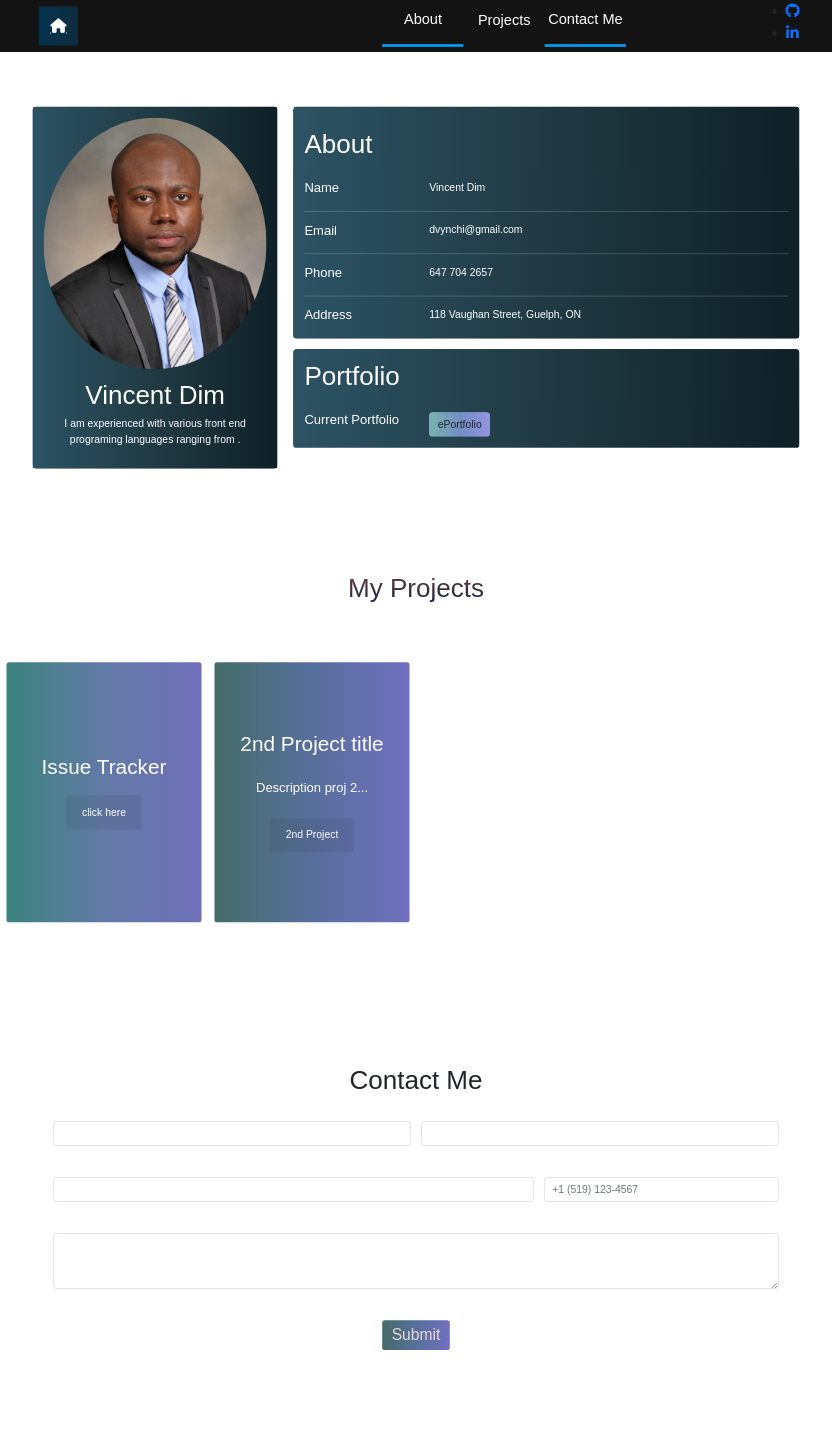
Repository: dvynchi/profile-2022
Page: index.html
An editor plug-in stored every save of this project. The page is shown before and after the next save, followed by the edit.
The browser window is 1280 px wide. The pictures show the whole page, at 65% of full size.
Some web libraries are served in a nearby version.

Above is the page before, as saved 2022-08-22 22:14:48.

### index.html
<!DOCTYPE html>
<html lang="en">
<head>
    <meta charset="UTF-8">
    <meta http-equiv="X-UA-Compatible" content="IE=edge">
    <meta name="viewport" content="width=device-width, initial-scale=1.0">
    <title>Vincent Dim</title>
    <!-- embed remote icon library -->
    <script src="https://kit.fontawesome.com/f634dfbd28.js" crossorigin="anonymous"></script>
    <link rel="stylesheet" href="styles.css">
    <!-- embed remote style sheet - bootstrap -->
    <link rel="stylesheet" href="https://cdn.jsdelivr.net/npm/bootstrap@5.2.0/dist/css/bootstrap.min.css" rel="stylesheet" integrity="sha384-gH2yIJqKdNHPEq0n4Mqa/HGKIhSkIHeL5AyhkYV8i59U5AR6csBvApHHNl/vI1Bx" crossorigin="anonymous">
</head>

<body>

    <!-- Navbar Section -->

    <nav class="nav">
        <div class="navbar_container">
            <a href="#about" id="navbar_logo"><i class="fa fa-home fa" aria-hidden="true"></i></a>  <!--<a> is used to create hyperlink named color-->

                <!--create hamburger menu (3 bars)-->
            <div class="navbar_toggle" id="mobile-menu">
                <span class="bar"></span>
                <span class="bar"></span>
                <span class="bar"></span>
            </div>

            <!--CREATE NAV MENU-->
            <ul class="navbar_menu">
                <li class="navbar_item">
                    <a href="#about" class="navbar_links" id="about-page">About</a>
                </li>
                <li class="navbar_item">
                    <a href="#projects" class="navbar_links" id="projects-page">Projects</a>
                </li>
                <li class="navbar_item">
                    <a href="#contact" class="navbar_links" id="contact-page">Contact Me</a>
                </li>
            </ul>

            <!-- GitHub and Linkedin -->
            <ul class="icons">
                <li><a href="https://github.com/dvynchi/" class="github-icon"><span class="fa-brands fa-github"></span></a></li>
                <li><a href="#" class="linkedin-icon"><span class="fa-brands fa-linkedin-in"></span></a></li>
            </ul>
        </div>
    </nav>

    <!-- ABOUT and SIDEBAR -->
    <div class="main" id="about">
        <div class="main_container">
             <!-- SIDE BAR SECTION -->
             <div class="row">
                <div class="col-md-4 mt-1">
                    <div class="card text-center sidebar">
                        <div class="card-body">
                            <img src="./images/profile-pic-crop.png" class="rounded-circle" width="315" alt="profile picture">
                            <div class="mt-3">
                                <h3>Vincent Dim</h3>
                                <!-- <h2>Web Developer</h2> -->
                                <p>I am experienced with various front end programing languages ranging from .</p>
                            </div>
                        </div>
                    </div>
                </div>
                <!-- ABOUT SECTION -->
                <div class="col-md-8 mt-1">
                    <div class="card mb-3 content">
                        <h1 class="m-3 pt-3">About</h1>
                        <div class="card-body">
                            <div class="row">
                                <div class="col-md-3"><h5>Name</h5></div>
                                <div class="col-md-9"> Vincent Dim </div>
                            </div>
                            <hr> <!-- line break -->

                            <div class="row">
                                <div class="col-md-3"><h5>Email</h5></div>
                                <div class="col-md-9"> dvynchi@gmail.com</div>
                            </div>
                            <hr> <!-- line break -->

                            <div class="row">
                                <div class="col-md-3"><h5>Phone</h5></div>
                                <div class="col-md-9">647 704 2657</div>
                            </div>
                            <hr> <!-- line break -->

                            <div class="row">
                                <div class="col-md-3"><h5>Address</h5></div>
                                <div class="col-md-9">118 Vaughan Street, Guelph, ON</div>
                            </div>
                        </div>
                    </div>

                    <div class="card mb-3 content">
                        <h1 class="m-3">Portfolio</h1>
                        <div class="card-body">
                            <div class="row">
                                <div class="col-md-3">
                                    <h5>Current Portfolio</h5>
                                </div>
                                <div class="col-md-9">
                                    <a class="btn" href="https://drive.google.com/file/d/1lG7DyS50_LphFxIRxCRd57uQMBSZkR4-/view?usp=sharing" role="button">ePortfolio</a>
                                    <!-- <button class="submit" id="btn btn-primary" href="https://drive.google.com/file/d/1lG7DyS50_LphFxIRxCRd57uQMBSZkR4-/view?usp=sharing"><a>ePortfolio</a></button> -->
                                </div>
                            </div>
                        </div>
                    </div>
                </div>
            </div>
        </div>
    </div>


    <!-- PROJECTS SECTION (use image tag in place of p to insert an image)-->

    <div class="projects" id="projects">
        <h1>My Projects</h1>
        <div class="projects_wrapper">

            <div class="projects_card">
                <h2>Issue Tracker</h2>
                <!-- <p>Description proj 1...</p> -->
                <div class="projects_btn"><button onclick="location.href='https://dvynchi.github.io/issue-tracker/'" type="button">click here</button></div>
            </div>
            <!-- ------------------------- -->
            <div class="projects_card">
                <h2>2nd Project title</h2>
                <p>Description proj 2...</p>
                <div class="projects_btn"><button>2nd Project</button></div>
            </div>
            <!-- ------------------------- -->
            <!-- <div class="projects_card">
                <h2>3rd Project title</h2>
                <p>Description proj 3...</p>
                <div class="projects_btn"><button>3rd Project</button></div>
            </div> -->
            <!-- ------------------------- -->
            <!-- <div class="projects_card">
                <h2>4th Project title</h2>
                <p>Description proj 4...</p>
                <div class="projects_btn"><button>4th Project</button></div>
            </div> -->
        </div>
    </div>

    <!-- CONTACT SECTION (use image tag in place of p to insert an image)-->

    <div class="main" id="contact">
        <div class="main_container">
            <div class="main_content">
                <div class="container mt-5">
                    <h1>Contact Me</h1>
                    <!-- ----------- start grid (divide one row into cols) ----------->
                    <!-- ----------- Max container width is 12 ----------->
                    <!-- ----------- cols 1 + 2 = 100% , cols 3 + 4 = 100% ------->
                    <!-- ----------- 'required' ensures field must be filled --------->
                    <form class="row g-3" action="https://formsubmit.co/dvynchi@gmail.com" method="POST">

                        <!-- Honeypot -->
                        <input type="text" name="_honey" style="display: none">
                        <!-- Success Page -->
                        <input type="hidden" name="_next" value="https://dvynchi.github.io/profile-2022/success.html">

                        <!-----------col1--medium column of 50% (ie: 6/12)--------->
                        <div class="col-md-6">
                            <label for="firstName" class="form-label">First Name</label>
                            <input type="text" class="form-control"  name="name" id="firstName" required>
                        </div>

                        <div class="col-md-6">
                            <label for="lastName" class="form-label">Last Name</label>
                            <input type="text" class="form-control" name="Last Name" id="lastName" required>
                        </div>

                        <div class="col-md-8">
                            <label for="emailInfo" class="form-label">Email</label>
                            <input type="email" class="form-control" name="email" id="emailInfo" required>
                        </div>

                        <div class="col-md-4">
                            <label for="phoneNumber" class="form-label">Phone</label>
                            <input type="text" class="form-control" name="phone" id="phoneNumber" placeholder="+1 (519) 123-4567">
                        </div>
                        <!-- -------- comments box - full width of the container ------>
                        <div class="col-md-12">
                            <label for="message" class="form-label">Message</label>
                            <textarea class="form-control" id="message" name="message" rows="3" required></textarea>
                        </div>
                        <!-- -------- Button ------>
                        <div class="col-md-12">
                            <!-- <button class="submit" id="btn btn-primary">Submit</button> -->
                            <!-- Used <a> so hover effect doesn't cover text. -->
                            <button class="submit" id="btn btn-primary"><a> Submit</a></button>
                        </div>

                    </form>
                </div>
            </div>
        </div>
    </div>


    <!-- link app.js -->
    <!-- script tag is used to embed javascript-->
    <script src="app.js"></script>
</body>
</html>

### styles.css
* {
    box-sizing: border-box;
    margin: 0;
    padding: 0;
    font-family: 'Kumbh Sans', sans-serif;
    scroll-behavior: smooth;
}


/******************************************* NAV SECTION ***********************************************/
.nav {
    background: #131313;   /* Hex code */
    height: 80px;
    display: flex;
    justify-content: center;
    align-items: center;
    font-size: 1.4rem;        /* 1.4 * 16px */
    position: sticky;
    top: 0;
    z-index: 999;             /* so navbar is always on top when scrolling */
}

.navbar_container {
    display: flex;
    justify-content: space-between;
    text-align: center;
    height: 80px;
    z-index: 1;
    width: 100%;
    max-width: 1300px;
    margin: 0 auto ;           /* (top and bottom) (left and right) */
    padding: 0 50px;
}


/* id(#) is used to style only one element on the webpage */
/* class(.) is used to style multiple elements */


/* I added an icon as opposed to text */

#navbar_logo {
    margin: 10px;
    height: 60px;
    width: 60px;
    border-radius: 2px;
    display: flex;
    flex-direction: column;
    justify-content: center;
    color: #fff;
    background-image: linear-gradient(to right, #03324e 0%, #0e2d3e 100%);
}

.navbar_menu {
    display: flex;
    align-items: center;
    list-style: none;
}

.navbar_item {
    height: 80px;
}

.navbar_links {
    color: #fff;
    display: flex;
    align-items: center;
    justify-content: center;
    width: 125px;
    text-decoration: none;
    height: 100%;
    transition: all 0.3s ease;
}

/*Home icon properties*/
.navbar_btn {
    display: flex;
    justify-content: center;
    align-items: center;
    padding: 0 1rem;                         /* top bottom, left right */
    width: 100%;
}

/* nav links glow upon hover */
.navbar_links:hover {
    color:#1176b9;
    transition: all 0.3s ease;
}

/* RESPONSIVENESS */
/* site adjusts width of display */
/* If [device width] is less than or equal to max-width do {..} */

@media screen and (max-width: 960px) {
    .navbar_container {
        display: flex;
        justify-content: space-between;
        height: 80px;
        z-index: 1;
        width: 100%;
        max-width: 1300px;
        padding: 0;
    }

    /* DROPDOWN PROPERTIES */
    .navbar_menu {
        display: grid;
        grid-template-columns: auto;
        margin: 0;
        width: 100%;
        position: absolute;
        top: -1000px;               /* Prevents navbar from clustering together if page is below max-width. Must be used with position absolute */
        opacity: 1;
        transition: all 0.5s ease;
        z-index: -1;
    }

    .navbar_menu.active {
        background: #131313;
        top: 100%;
        opacity: 1;
        transition: all 0.5s ease;
        z-index: 99;
        height: 40vh;
        font-size: 1.6rem;
    }

    #navbar_logo {
        padding-left: 1px;       /* home button - originally 25px */
    }

    /* HAMBURGER SECTION */

    .navbar_toggle .bar {
        width: 25px;
        height: 3px;
        margin: 5px auto;
        transition: all 0.3s ease-in-out;
        background: #fff;
    }

    .navbar_item {
        width: 100%;
    }

    .navbar_links {
        text-align: center;
        padding: 2rem;
        width: 100%;
        display: table;
    }

    .navbar_btn  {
        padding-bottom: 2rem;
    }

    /* HAMBURGER */

    #mobile-menu  {
        position: absolute;
        top: 20%;
        right: 5%;
        transform: translate(5%, 20%);
    }

    .navbar_toggle .bar {
        display: block;
        cursor: pointer;
    }

    /* hamburger menu animation (see app.js) */
    /* hamburger menu id was defined as 'mobile-menu' in index.html */
    /* rotate bars 1,3; but hide bar 2 */

    #mobile-menu.is-active .bar:nth-child(2)  {
        opacity: 0;
    }
    #mobile-menu.is-active .bar:nth-child(1) {
        transform: translateY(8px) rotate(45deg);
    }
    #mobile-menu.is-active .bar:nth-child(3) {
        transform: translateY(-8px) rotate(-45deg);
    }

}


/* SCROLL ATTRIBUTE - line under nav links*/
.highlight {
    border-bottom: 4px solid rgb(0, 162, 255);
}


/******************************************* SIDEBAR ***********************************************/

.card-body {
    background: #0F2027;
    background: -webkit-linear-gradient(to right, #2C5364, #203A43, #0F2027);
    background: linear-gradient(to right, #2C5364, #203A43, #0F2027);
    height: 100%;
}

.card-body h2, .card-body h3, .card-body p {
    color: #fff;
}

/******************************************* ABOUT SECTION ***********************************************/

.main {
    background-color:  white;
    padding: 5rem 0;                        /* was 10rem, but too much space */
}

.main_container {
    display: grid;
    grid-template-columns: 1fr;      /*original was 1fr 1fr - split into two halves but not enough space */
    align-items: center;
    justify-content: center;
    margin: 0 auto;
    height: 90%;
    z-index: 1;
    width: 100%;
    max-width: 1300px;
    padding: 0 50px;
}

.main_container h3 {
    font-size: 2.5rem;
}

.row {
    color: #fff;
}

.card {
    background: -webkit-linear-gradient(to right, #2C5364, #203A43, #0F2027);
    background: linear-gradient(to right, #2C5364, #203A43, #0F2027);
}


/* Mobile Responsiveness for Sidebar, About and Contact Sections */

@media screen and (max-width: 1300px) {
    main_container
    {
        display: grid;
        grid-template-columns: 1fr;
        align-items: center;
        justify-content: center;
        width: 100%;
        margin: 0 auto;
        height: 90%;
    }

    .main_content  {
        text-align: center;
        margin-bottom: 4rem;
    }

    .main_content h1  {
        font-size: 2.5rem;
        margin-top: 2rem;
    }

    .main_content h2  {
        font-size: 2.5rem;
    }

    .main_content p  {
        font-size: 1rem;
        margin-top: 1.5rem;
    }

    .row img {                                       /* center image with screen change */
        display: grid;
        grid-template-columns: 1fr;
        align-items: center;
        justify-content: center;
        width: 100%;
        margin: 0 auto;
        height: 90%;

    }
}


/******************************************* PROJECTS SECTION ***********************************************/

.projects {
    background: white;
    display: flex;
    flex-direction: column;
    justify-content: center;
    align-items: center;
    height: 100%;
    padding: 5rem 0;                                 /* was 10rem, but too much space */
  }

.projects h1 {
    background-color: #6325a1;
    background-image: linear-gradient(to top, #10234c 0%, #724030 100%);
    background-size: 100%;
    -webkit-background-clip: text;
    -moz-background-clip: text;
    -webkit-text-fill-color: transparent;
    -moz-text-fill-color: transparent;
    margin-bottom: 5rem;
    font-size: 2.5rem;
}

.projects_wrapper {
    display: grid;
    grid-template-columns: 1fr 1fr;     /* add more per new project */
    grid-template-rows: 1fr;
}

/* Add color to each project card */

.projects_card {
    margin: 10px;
    height: 400px;
    width: 300px;
    border-radius: 4px;
    display: flex;
    flex-direction: column;
    justify-content: center;
    color: #fff;
    background-image: linear-gradient(to right,#3b837e, #627aa6, #6f6fb9);
    transition: 0.3s ease-in;
}

.projects_card:nth-child(2) {
    background: #7F7FD5;  /* fallback for old browsers */
    background: -webkit-linear-gradient(to right, #3b837e, #627aa6, #6f6fb9);
    background: linear-gradient(to right, #456c69, #576f9c, #7070bf);
}

.projects_card:nth-child(3) {
    background: #7F7FD5;  /* fallback for old browsers */
    background: -webkit-linear-gradient(to right, #3b837e, #627aa6, #6f6fb9);
    background: linear-gradient(to right, #456c69, #576f9c, #7070bf);
}

.projects_card:nth-child(4) {
    background: #7F7FD5;
    background: -webkit-linear-gradient(to right, #3b837e, #627aa6, #6f6fb9);
    background: linear-gradient(to right, #456c69, #576f9c, #7070bf);
}

.projects_card:nth-child(5) {
    background: #7F7FD5;
    background: -webkit-linear-gradient(to right, #3b837e, #627aa6, #6f6fb9);
    background: linear-gradient(to right, #456c69, #576f9c, #7070bf);
}

.projects_card:nth-child(6) {
    background: #7F7FD5;
    background: -webkit-linear-gradient(to right, #3b837e, #627aa6, #6f6fb9);
    background: linear-gradient(to right, #456c69, #576f9c, #7070bf);
}

.projects_card h2 {
    text-align: center;
}

.projects_card h3 {
    text-align: center;
}

.projects_card p {
    text-align: center;
    margin-top: 24px;
    font-size: 20px;
}

.projects_btn {
    display: flex;
    justify-content: center;
    margin-top: 16px;
}

/* button properties and animation. The entire card is the button */

.projects_card button {
    color: #fff;
    padding: 14px 24px;
    border: none;
    outline: none;
    border-radius: 4px;
    background: #13131313;
    font-size: 1rem;
}

.projects_card button:hover {
    cursor: pointer;
}

.projects_card:hover {
    transform: scale(1.075);
    transition: 0.3s ease-in;
    cursor: pointer;
}

/* split cards into grid at specified browser width */

@media screen and (max-width: 1300px) {
    .projects_wrapper {
        grid-template-columns: 1fr 1fr 1fr 1fr;
    }
}

@media screen and (max-width: 768px) {
    .projects_wrapper {
        grid-template-columns: 1fr;
    }
}

/******************************************* CONTACT SECTION ***********************************************/


.main_content {
    text-align: center;
    margin-bottom: 4rem;
}

.main_content h1 {
    font-size: 2.5rem;
    margin-top: 2rem;
}

.main_content h2 {
    font-size: 2.5rem;
}

.main_content p {
    font-size: 1rem;
    margin-top: 1.5rem;
}


.submit {
    font-size: 1.5rem;
    background: #7F7FD5;
    background: -webkit-linear-gradient(to right, #3b837e, #627aa6, #6f6fb9);
    background: linear-gradient(to right, #456c69, #576f9c, #7070bf);
    padding: 5px 15px;
    border: none;
    outline: none;
    border-radius: 4px;
    margin-top: 2rem;
    cursor: pointer;
    position: relative;
    color: rgb(234, 216, 216);
    transition: all 0.3s ease;
    outline: none;
}

.submit a {
    position: relative;
    z-index: 2;
    color: #fff;
    text-decoration: none;
}

/* hover effect for button */
.submit::after {
    position: absolute;
    content: '';
    top: 0;
    left: 0;
    width: 0;
    height: 100%;
    background: #740274;
    transition: all 0.35s;
    border-radius: 4px;
}

.submit:hover {
    color: rgb(255, 255, 255);
}

.submit:hover:after {
    width: 100%;
}

/* ePortfolio button */

.btn {
    font-size: 10rem;
    background: #7F7FD5;
    background: -webkit-linear-gradient(to right, #75cec8, #91acdc, #8c8cdb);
    background: linear-gradient(to right, #77b3ae, #738fc3, #9393df);
    padding: 5px 15px;
    border: none;
    outline: none;
    border-radius: 4px;
    cursor: pointer;
    position: relative;
    color: rgb(234, 216, 216);
    transition: all 0.3s ease-in;
}

### app.js
const ham = document.querySelector('#mobile-menu');
const hamLinks = document.querySelector('.navbar_menu');
// const navLogo = document.querySelector('#navbar_logo')

/* display mobile menu using arrow function */
/* toggle the "is-active" class made in css */

const mobileMenu = () =>
{
    ham.classList.toggle('is-active');
    hamLinks.classList.toggle('active');
};

/* Run hamMenu function upon click */
ham.addEventListener('click', mobileMenu);




/************************************* Unnecessary ****************************************************** */


/* Show active menu when scrolling - Auto switch navbar when scrolling */

const highlightMenu = () =>
{
    const elem = document.querySelector('.highlight')
    const homeMenu = document.querySelector('#about-page')
    const aboutMenu = document.querySelector('#projects-page')
    const contactMenu = document.querySelector('#contact-page')

    let scrollPos = window.scrollY

      //   Add highlights class to menu items [desktop view only i.e 960px]
      //   Every 600px while scrolling, the tabs auto switch to the corresponding page
    if (window.innerWidth > 960 && scrollPos < 600)
    {
        homeMenu.classList.add('highlight')
        aboutMenu.classList.remove('highlight')
        return;
    }
    else if (window.innerWidth > 960 && scrollPos < 1400)
    {
        aboutMenu.classList.add('highlight')
        homeMenu.classList.remove('highlight')
        contactMenu.classList.remove('highlight')
        return;
    }
    else if (window.innerWidth > 960 && scrollPos < 2345)
    {
        contactMenu.classList.add('highlight')
        aboutMenu.classList.remove('highlight')
        return;
    }

    if ((elem && window.innerWidth < 960 && scrollPos < 600) || elem)
    {
        elem.classList.remove('highlight')
    }

}

// call highlightMenu
window.addEventListener('scroll', highlightMenu);
window.addEventListener('click', highlightMenu);

After the next save:
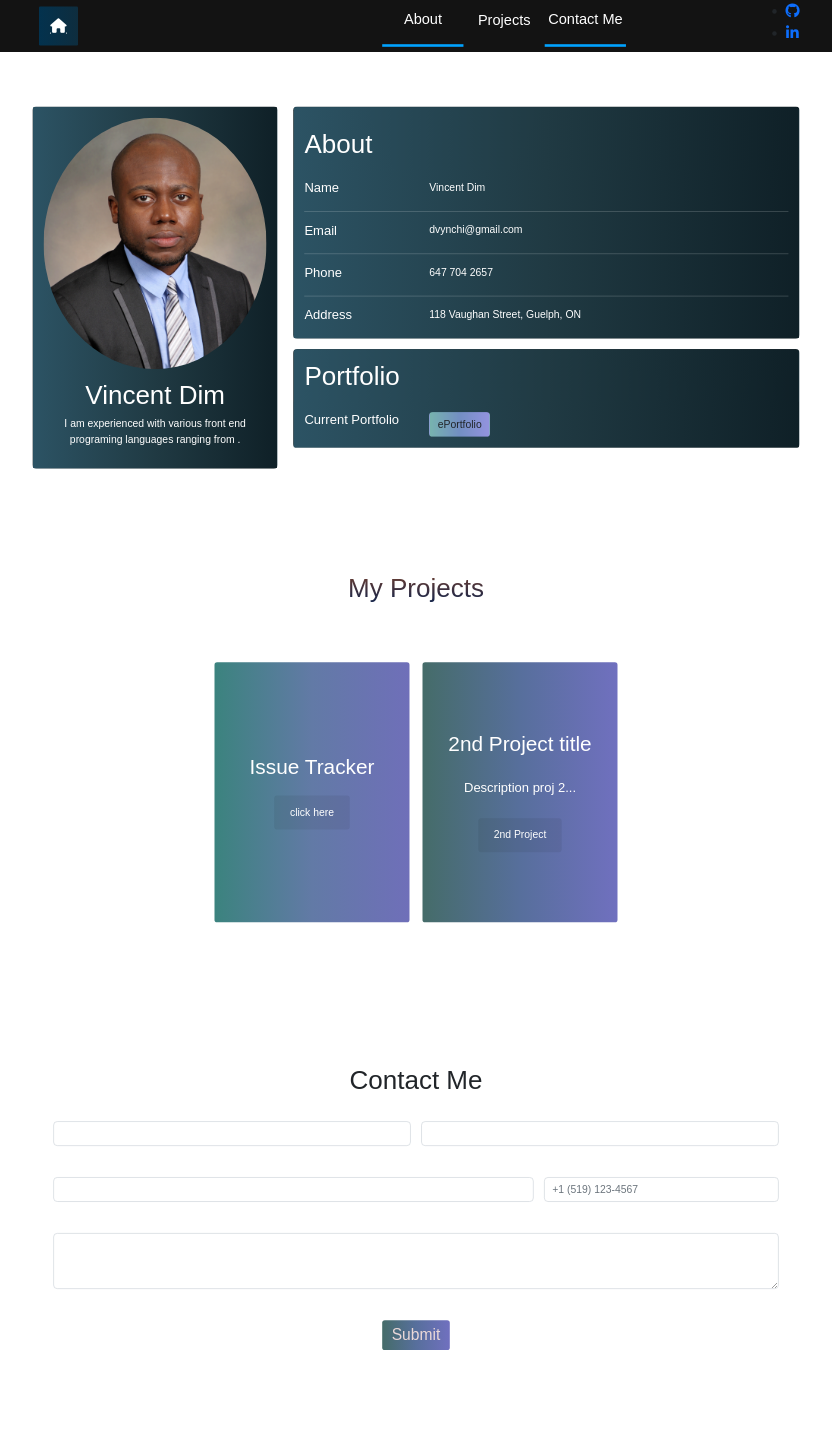
Saved 7 s later.
--- a/styles.css
+++ b/styles.css
@@ -405,7 +405,7 @@
 
 @media screen and (max-width: 1300px) {
     .projects_wrapper {
-        grid-template-columns: 1fr 1fr 1fr 1fr;
+        grid-template-columns: 1fr 1fr;
     }
 }
 
